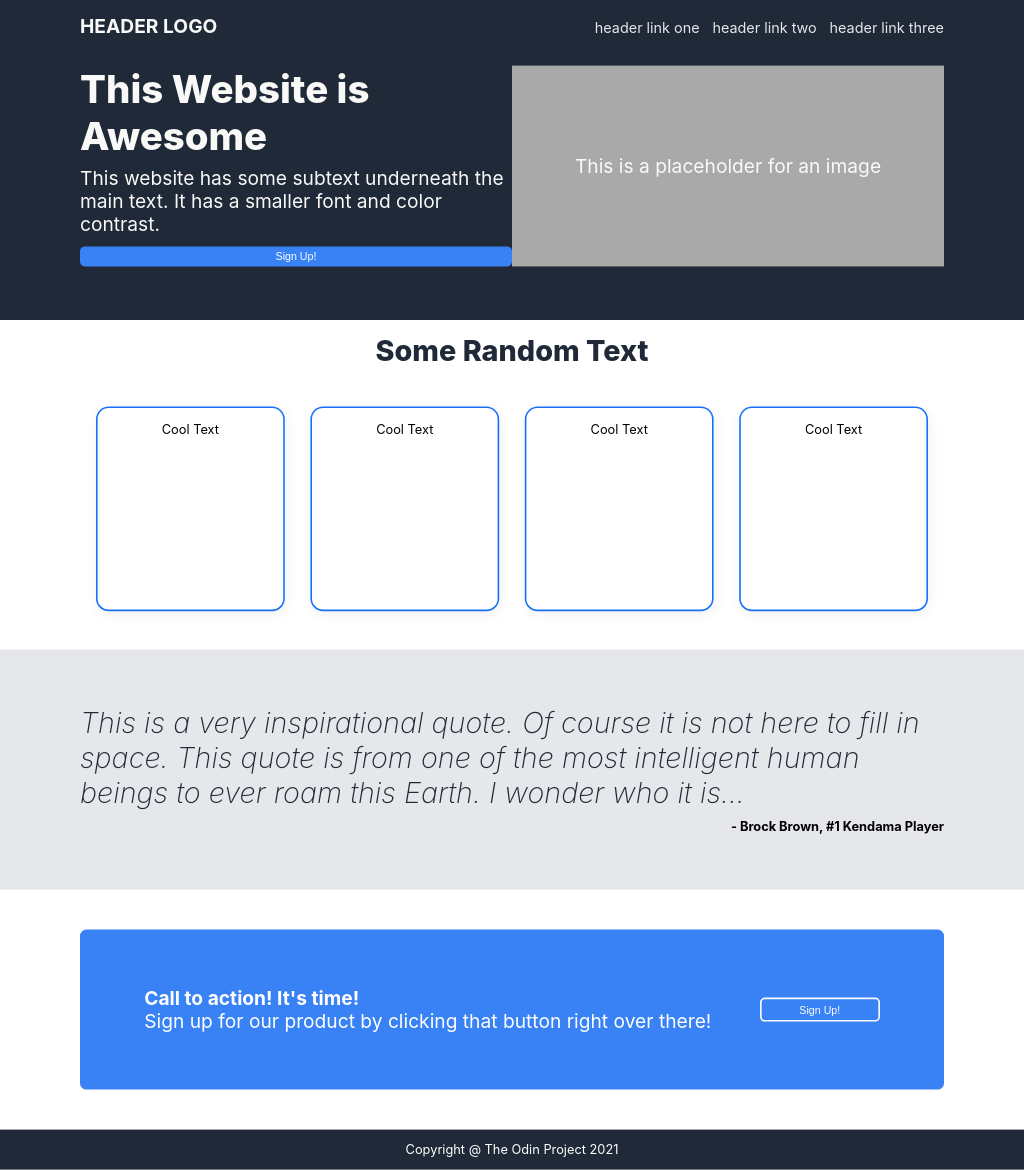
Repository: bbrockbrown/landing-page
Page: index.html
An editor plug-in stored every save of this project. The page is shown before and after the next save, followed by the edit.
The browser window is 1280 px wide. The pictures show the whole page, at 80% of full size.

Above is the page before, as saved 2024-07-24 16:23:21.

### index.html
<!DOCTYPE html>
<html lang="en">
<head>
    <meta charset="UTF-8">
    <meta name="viewport" content="width=device-width, initial-scale=1.0">
    <link rel="stylesheet" href="styles.css">
    <title>Landing Page</title>
</head>
<body>

    <div class="header">
        <div class="upper-header">
            <div class="logo" style="font-weight: bolder">HEADER LOGO</div>
            <ul class="header-links">
                <li><a href="https://www.google.com/" target="_blank">header link one</a></li>
                <li><a href="https://www.google.com/" target="_blank">header link two</a></li>
                <li><a href="https://www.google.com/" target="_blank">header link three</a></li>
            </ul>
        </div>

        <div class="header-content">
            <div class="header-text">
                <div class="awesome-text">
                    This Website is Awesome
                </div>
                <div class="subtext">
                    This website has some subtext underneath the main text.
                    It has a smaller font and color contrast.
                </div>
                <button class="signup-button">Sign Up!</button>
            </div>

            <div class="header-image">
                This is a placeholder for an image
            </div>
        </div>
    </div>




    <div class="body">
        <div class="box-text">Some Random Text</div>
        <div class="box-container">
            <div class="box">Cool Text</div>
            <div class="box">Cool Text</div>
            <div class="box">Cool Text</div>
            <div class="box">Cool Text</div>
        </div>

        <div class="quote-container">
            <div class="quote">This is a very inspirational quote. Of course it is not here
                to fill in space. This quote is from one of the most intelligent human beings
                to ever roam this Earth. I wonder who it is...
            </div>
            <div class="quote-author">
                - Brock Brown, #1 Kendama Player
            </div>
        </div>
    </div>

    <div class="sign-up-container">
        <div class="sign-up-text">
            <div class="action">Call to action! It's time!</div>
            <div class="action-subtext">Sign up for our product by clicking that button right over there!</div>
        </div>

        <button class="signup-button2" id="lower-button">Sign Up!</button>
    </div>


    <div class="footer">
        Copyright @ The Odin Project 2021
    </div>

</body>
</html>

### styles.css
body {
    font-family: -apple-system, BlinkMacSystemFont, 'Segoe UI', Roboto, Oxygen, Ubuntu, Cantarell, 'Open Sans', 'Helvetica Neue', sans-serif;
    margin: 0;
    min-height: 100vh;
}

.header {
    background-color: #1F2937;
    font-size: 24px;
    color: #F9FAF8;
    display: flex;
    padding: 0px 100px 50px 100px;
    height: 350px;
    flex-direction: column;
    justify-content: space-around;
}

.upper-header {
    display: flex;
    justify-content: space-between;
}

.header-content {
    display: flex;
    text-align: left;
    align-items: center;
    flex-shrink: 0;
}

.header-text {
    width: 50%;
    display: flex;
    flex-flow: column wrap;
    gap: 8px;
}

.header-image {
    text-align: center;
    width: 50%;
    height: 100%;
    background-color: darkgray;
    display: flex;
    flex-flow: column wrap;
    justify-content: center;

}

.awesome-text {
    font-size: 48px;
    font-weight: 800;
}

button {
    padding: 5px 30px 5px 30px;
    border-radius: 6px;
    flex-shrink: 0 !important;
}

.signup-button {
    background-color: #3882F6;
    color: white;
    border: none;
    margin-top: 5px;
    flex-shrink: 0 !important;
}

ul {
    margin: 0;
    padding: 0;
    list-style: none;
    display: flex;
    gap: 16px;
}

a {
    text-decoration: none;
    font-size: 18px;
    color: #E5E7EB;
}


.body {
    display: flex;
    flex: 1;
    flex-direction: column;
    align-items: center;
}

.box-text {
    font-size: 36px;
    color: #1F2937;
    font-weight: 800;
    margin-top: 16px;
}

.box-container {
    display: flex;
    padding: 48px;
    flex-wrap: wrap;
    gap: 32px;
    justify-content: center;
}


.box {
    border: 2px solid  #186ffa;
    box-shadow: 2px 4px 16px rgba(0,0,0,.06);
    border-radius: 16px;
    padding: 16px;
    width: 200px;
    height: 220px;
    text-align: center;
}

.quote-container {
    display: flex;
    flex: wrap;
    flex-direction: column;
    background-color: #E5E7EB;
    height: 300px;
    justify-content: center;
}

.quote {
    font-size: 36px;
    color: #1F2937;
    font-style: italic;
    font-weight: 200;
    padding: 0 100px;
    margin-bottom: 10px;
}

.quote-author {
    align-self: flex-end;
    margin-right: 100px;
    font-weight: bold;
}

.sign-up-container {
    background-color: #3882F6;
    display: flex;
    height: 150px;
    justify-content: space-around;
    margin: 50px 100px;
    padding: 25px 50px;
    border-radius: 8px;
}

.sign-up-text {
    color: white;
    font-size: 24px;
    align-self: center;
}

.action {
    font-weight: 700;
}

.signup-button2 {
    border: 2px white solid;
    background-color:#3882F6;
    color: white;
    width: 150px;
    height: 30px;
    align-self: center;
}

.footer {
    background-color: #1F2937;
    color: white;
    padding: 15px;
    text-align: center;
}

After the next save:
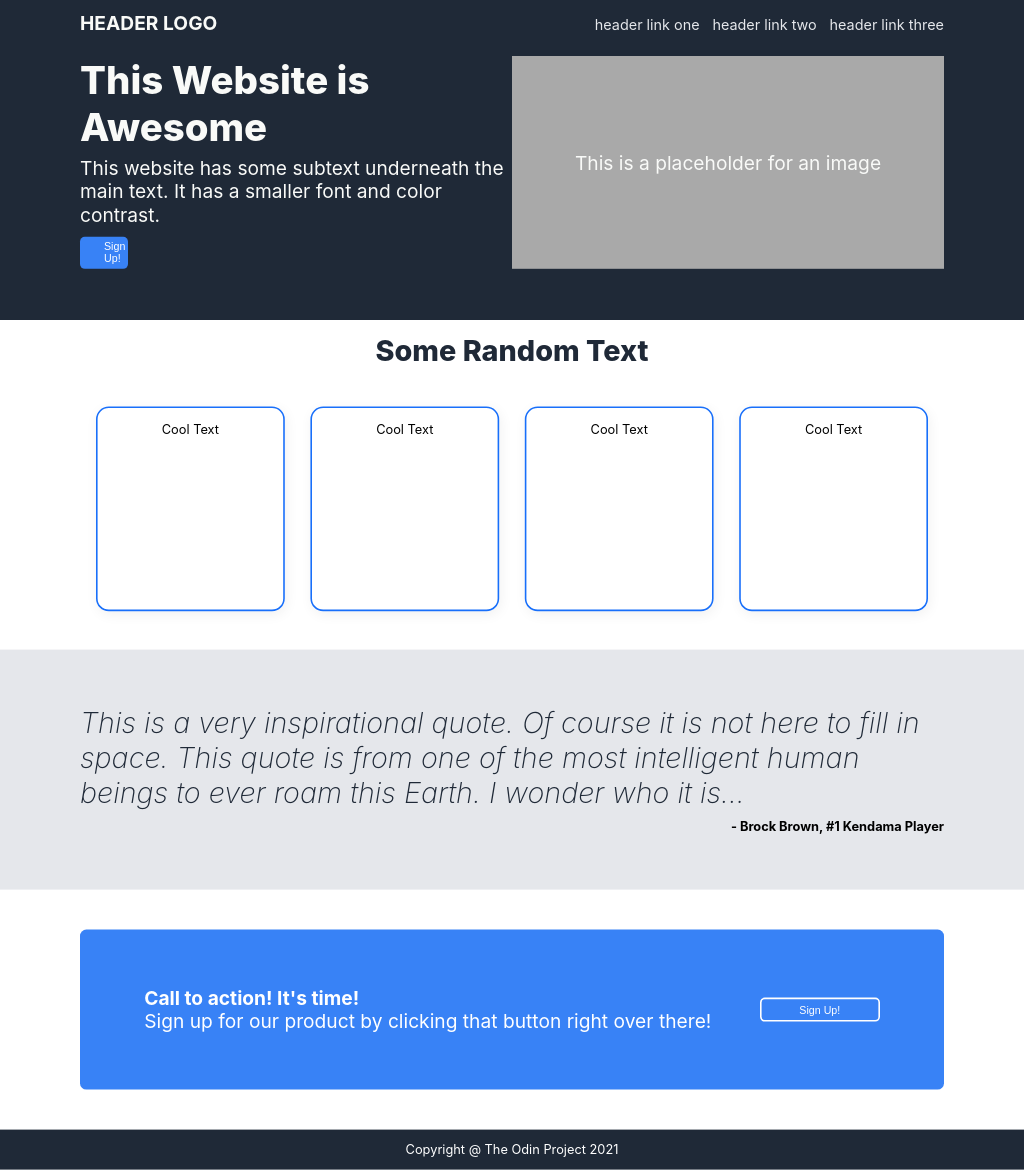
Saved 28 s later.
--- a/styles.css
+++ b/styles.css
@@ -61,7 +61,7 @@ button {
     color: white;
     border: none;
     margin-top: 5px;
-    flex-shrink: 0 !important;
+    width: 50px;
 }
 
 ul {
